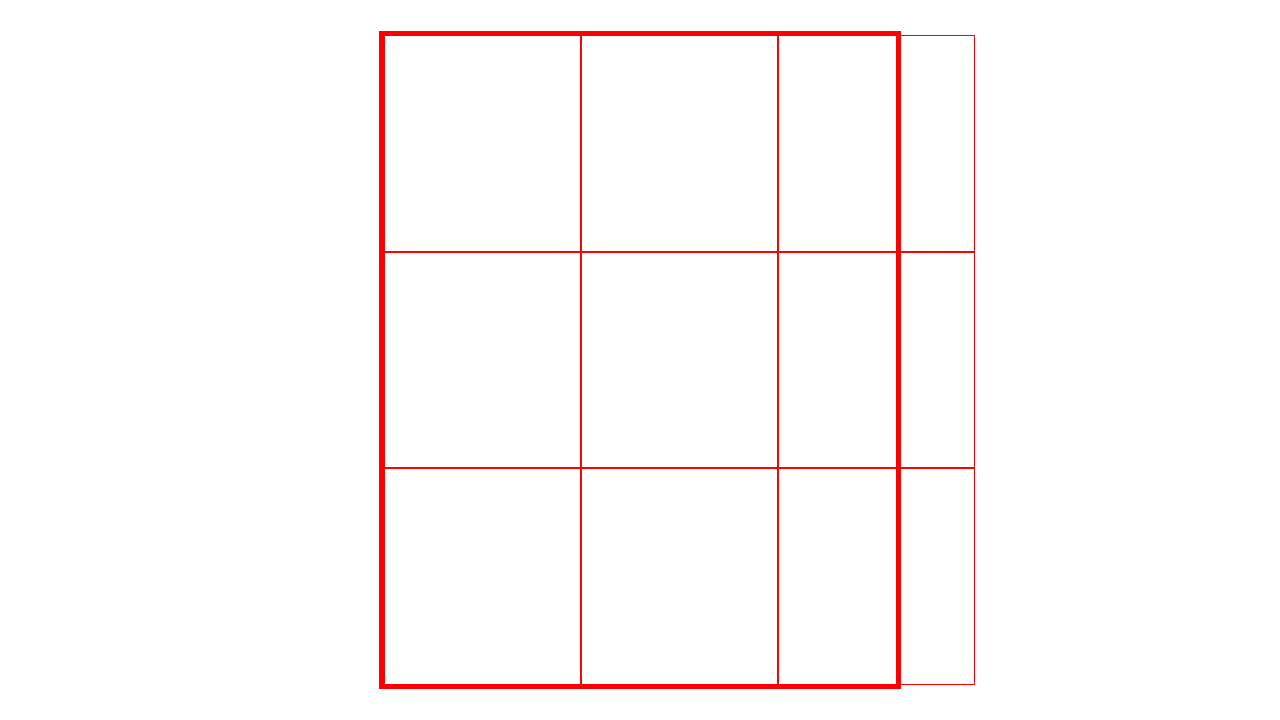
Repository: kocokoy/TOP-tic-tac-toe
Page: index.html
The author's editor kept a copy of each file at every save. The page is drawn from the files as they stood at one save, then again after the next save.
The browser window is 1280 px wide. The pictures show the whole page.

Above is the page before, as saved 2024-11-07 14:50:15.

### index.html
<!DOCTYPE html>
<html lang="en">
<head>
  <meta charset="UTF-8">
  <meta name="viewport" content="width=device-width, initial-scale=1.0">
  <link rel="stylesheet" href="/styles/style.css">
  <title>Document</title>
</head>
<body>
 <div class='container'>
  <div class="gameboard">

  </div>
 </div>
<script src="/javascripts/scripts.js"></script>
</body>
</html>

### styles/style.css
body{
  padding: 0;
  margin: 0;
  height: 100vh;
  font-family: Arial, Helvetica, sans-serif;
}
.container{
  height:100%;
  display: flex;
  justify-content: center;
  align-items: center;
}
.gameboard{
  display: grid;
  grid-template-columns: 1fr 1fr 1fr;
  justify-items: center;
  align-items: center;
  border: 5px solid red;
  width: 40%;
  height: 90%;
}
.gameboard div{
  border: 1px solid red;
  height:100%;
  width: 195px;
  cursor: pointer;
  color: tomato;
  display: flex;
  justify-content: center;
  align-items: center;
  font-size: 10rem;
}

### javascripts/scripts.js
const gameBoardElement = document.querySelector('.gameboard');

const gameBoard = {
  gameBoard : ['','','','','','','','','']
}
const players = {
  player1: 'X',
  player2: 'O',
}

startGame();

function startGame(){
  createGameBoard();
  gameBoardBoxClicked();
}

function createGameBoard(){
  for(let i = 0; i < 9; i++){
    const div = document.createElement('div');
    div.setAttribute('data-id',i);
    gameBoardElement.appendChild(div);
  }
}

function gameBoardBoxClicked(){
  gameBoardElement.addEventListener('click', (e) => {
    const boxClicked = e.target;
    boxClicked.textContent = 'X'
  })
}

After the next save:
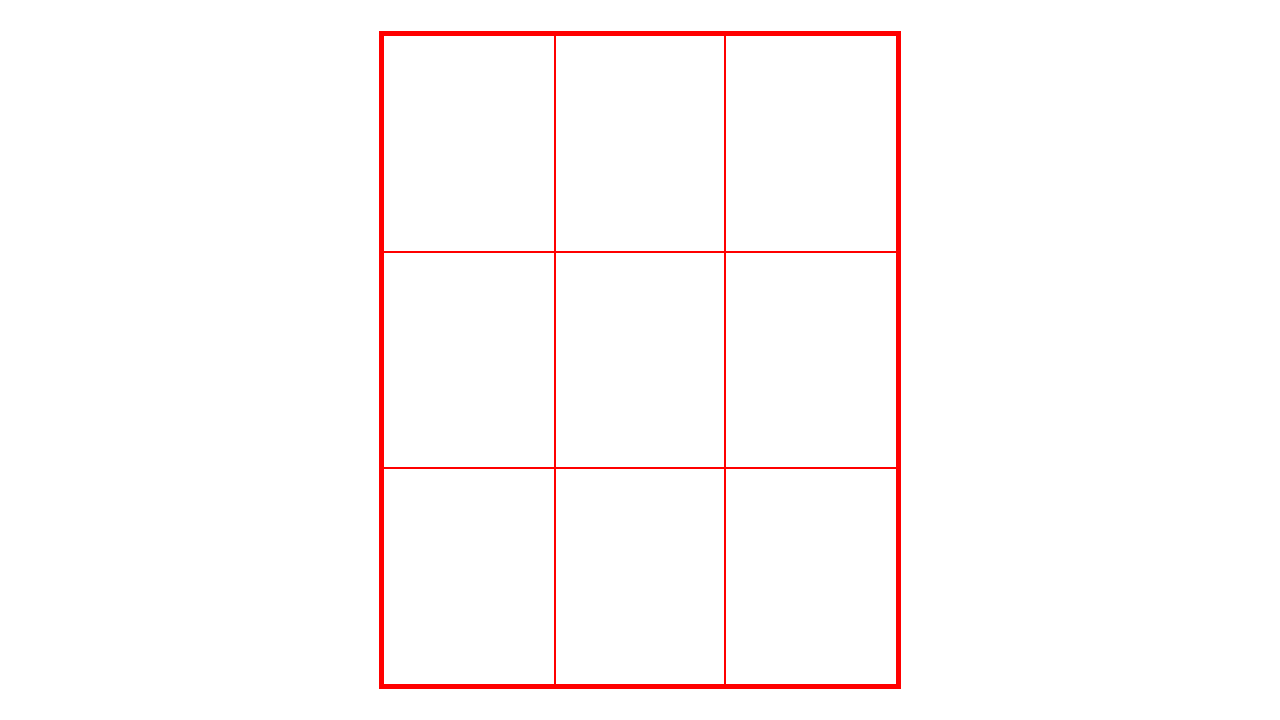
Saved 5 s later.
--- a/styles/style.css
+++ b/styles/style.css
@@ -22,7 +22,7 @@ body{
 .gameboard div{
   border: 1px solid red;
   height:100%;
-  width: 195px;
+  width: 100%;
   cursor: pointer;
   color: tomato;
   display: flex;
